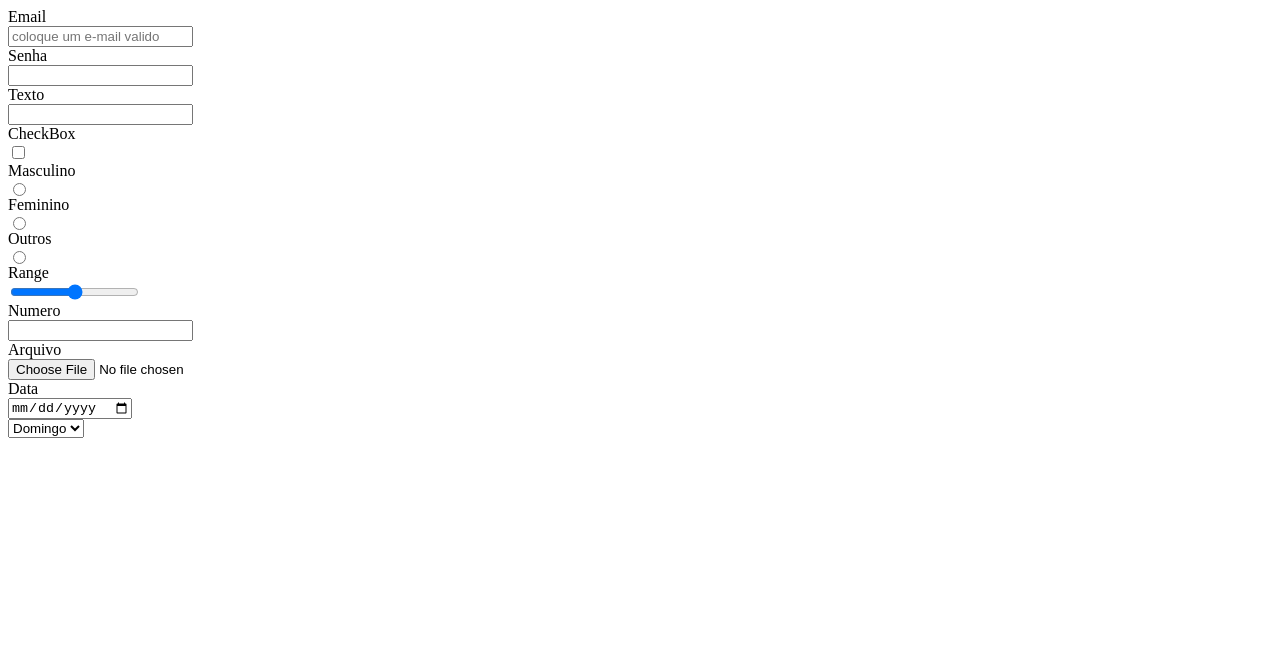
Repository: elourenco001/cursoweb
Page: formulario.html
These files come from the project's save history. The page is drawn as it stood at one moment and after the next save; the edit follows.
The browser window is 1280 px wide. The pictures show the whole page.

Above is the page before, as saved 2023-01-24 16:27:58.

After the next save:
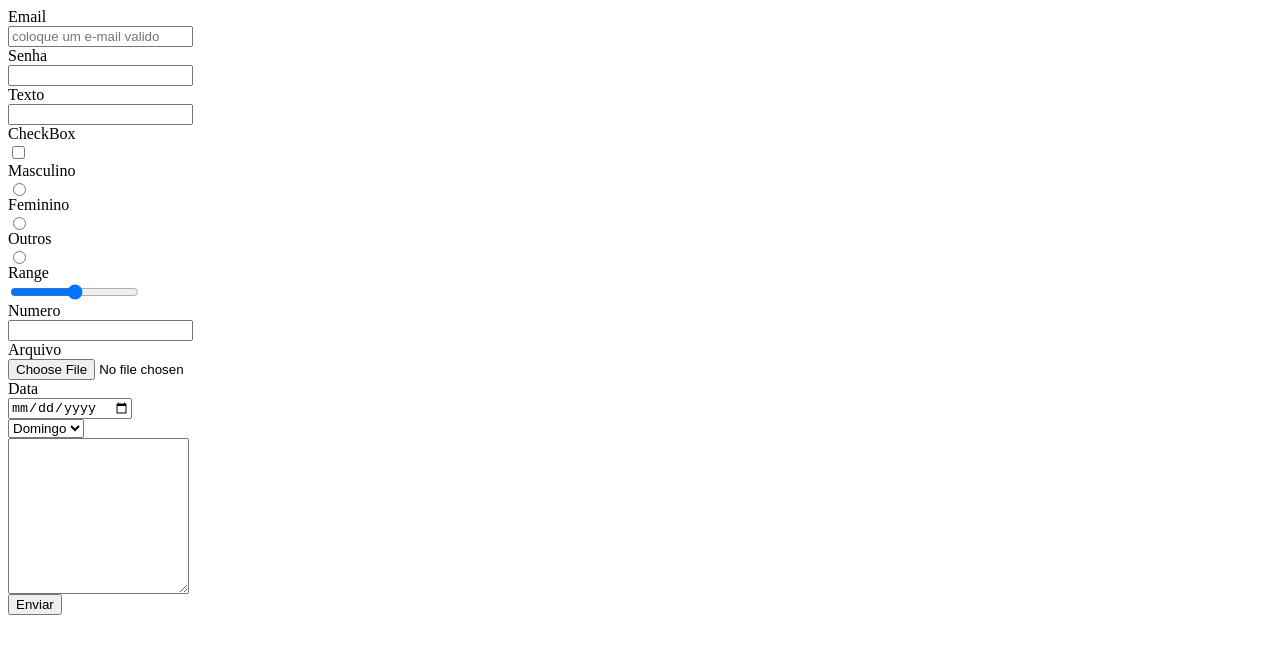
Saved 5 min 21 s later.
--- a/formulario.html
+++ b/formulario.html
@@ -50,24 +50,8 @@
             <option value="Quinta">Quinta</option>
             <option value="Sexta">Sexta</option>
             <option value="Sábado">Sábado</option>
-
-
-
-
-
         </select>
-
-
-
-
-
-
-
+        <textarea style="display: block;" name="mensagem" id="mensagem" rows="10"></textarea>
+        <button>Enviar</button>
     </form>
-
-
-
-
-
-
 </body>
